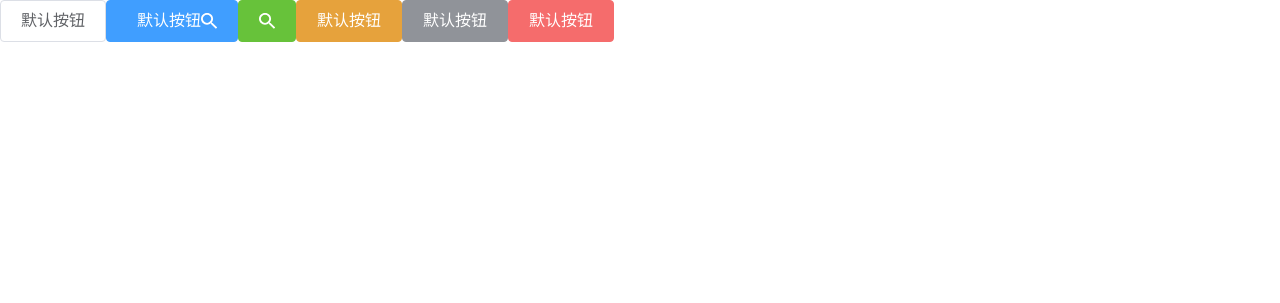
Repository: onlyadaydreamer/dreamer-ui
Page: /
These files come from the project's save history. The page is drawn as it stood at one moment and after the next save; the edit follows.
The browser window is 1280 px wide. The pictures show the whole page.
The project was rebuilt for these pictures with package versions that can differ from the ones it lists, and the page was loaded fresh each time. Also part of the build but not shown: src/styles/icon.js, src/packages/index.js.

Above is the page before, as saved 2020-05-13 15:38:11.

After the next save:
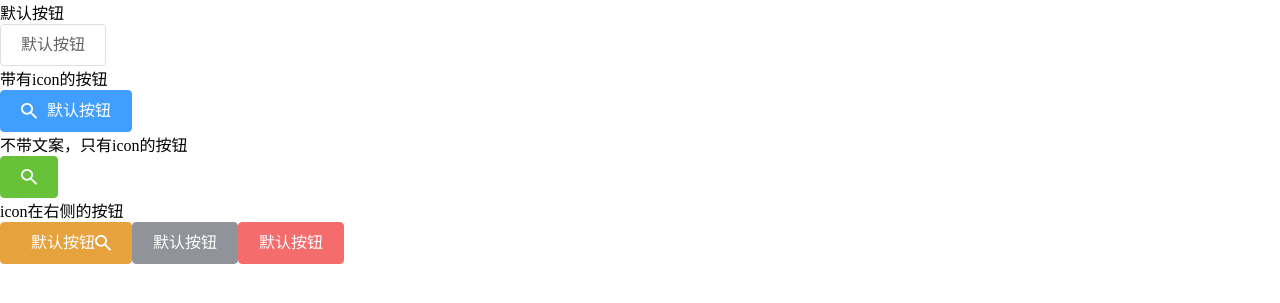
Saved 2 min 22 s later.
--- a/src/App.vue
+++ b/src/App.vue
@@ -1,9 +1,13 @@
 <template>
   <div id="app">
+      <p>默认按钮</p>
     <dreamer-button>默认按钮</dreamer-button>
-    <dreamer-button type="primary" icon="search" icon-position="right">默认按钮</dreamer-button>
+    <p>带有icon的按钮</p>
+    <dreamer-button type="primary" icon="search">默认按钮</dreamer-button>
+    <p>不带文案，只有icon的按钮</p>
     <dreamer-button type="success" icon="search"></dreamer-button>
-    <dreamer-button type="warning">默认按钮</dreamer-button>
+    <p>icon在右侧的按钮</p>
+    <dreamer-button type="warning" icon="search" icon-position="right">默认按钮</dreamer-button>
     <dreamer-button type="info">默认按钮</dreamer-button>
     <dreamer-button type="danger">默认按钮</dreamer-button>
   </div>
